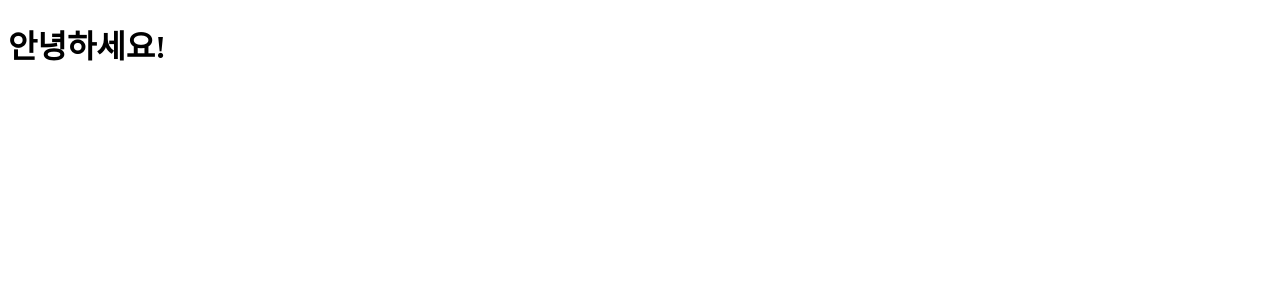
Repository: raehui/web_work
Page: Hello/src/main/webapp/sub/play.html
These files come from the project's save history. The page is drawn as it stood at one moment and after the next save; the edit follows.
The browser window is 1280 px wide. The pictures show the whole page.

Above is the page before, as saved 2025-01-02 08:03:07.

### Hello/src/main/webapp/sub/play.html
<!DOCTYPE html>
<html>
<head>
<meta charset="UTF-8">
<title>/sub/play.html</title>
</head>
<body>
	<h1>안녕하세요!</h1>


</body>
</html>

After the next save:
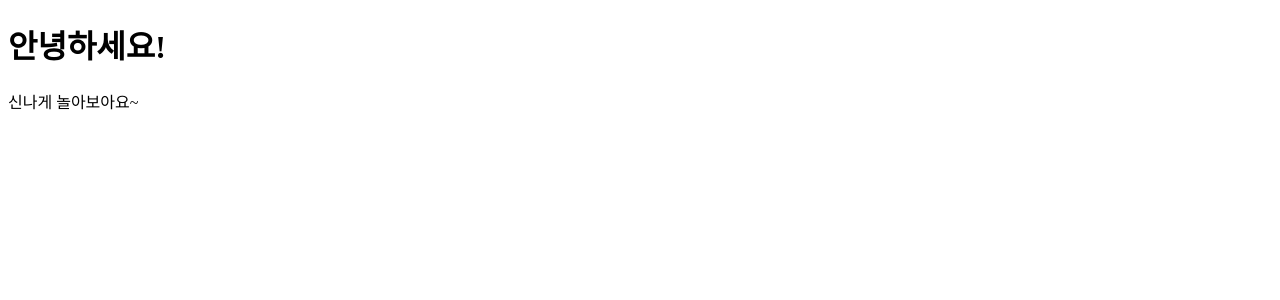
Saved 18 s later.
--- a/Hello/src/main/webapp/sub/play.html
+++ b/Hello/src/main/webapp/sub/play.html
@@ -6,6 +6,7 @@
 </head>
 <body>
 	<h1>안녕하세요!</h1>
+	<p>신나게 놀아보아요~</p>
 
 
 </body>
